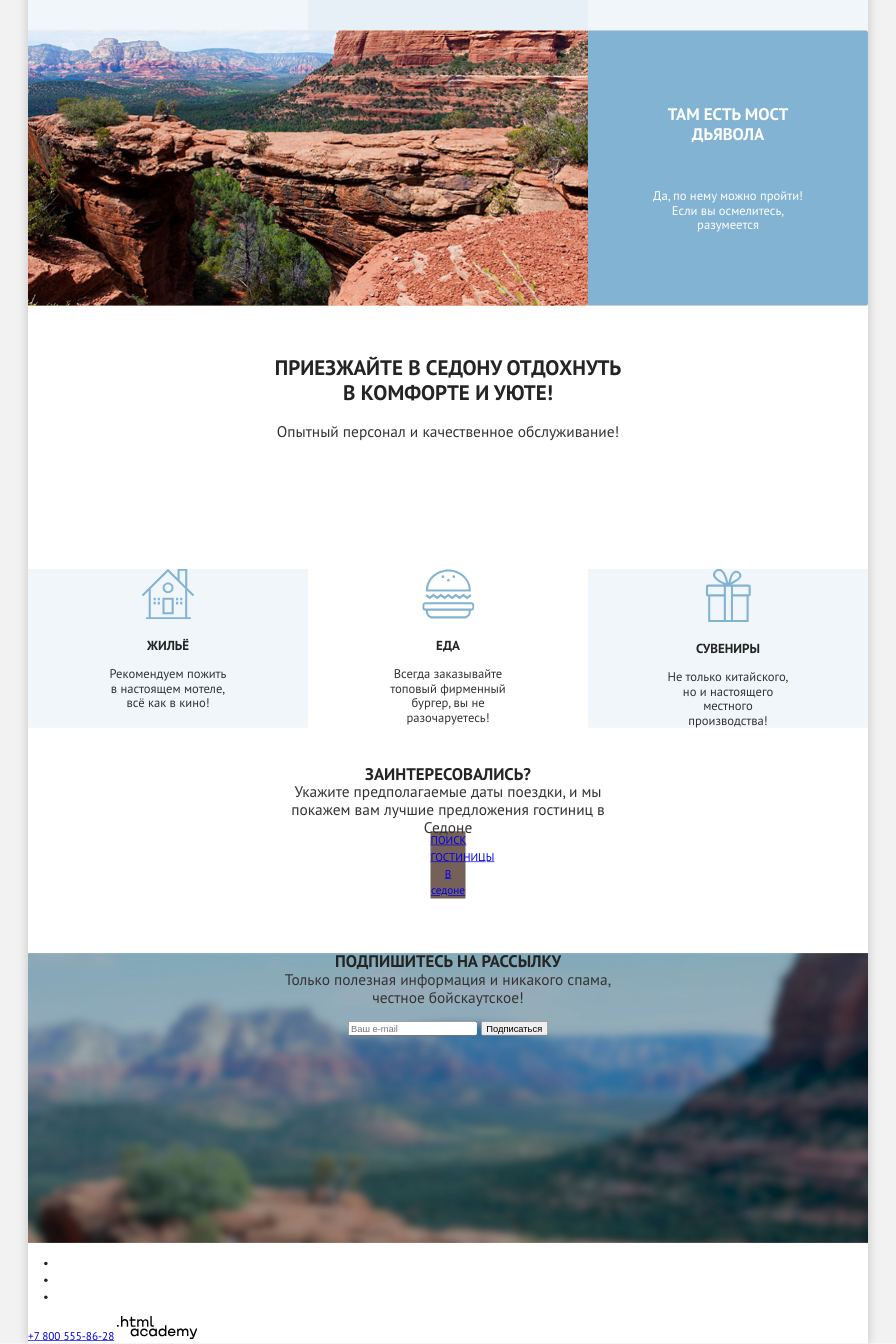
Repository: zakhgagne/2512253-sedona-1
Page: index.html
An editor plug-in stored every save of this project. The page is shown before and after the next save, followed by the edit.
The browser window is 1280 px wide. The pictures show the part of the page from y = 1551 to 3471 px (the page is 3471 px tall), at 70% of full size.

Above is the page before, as saved 2024-05-11 19:26:57.

### index.html
<!DOCTYPE html>
<html lang="ru">

  <head>
    <meta charset="utf-8">
    <title>Сайт города Седона</title>
    <link rel="stylesheet" href="styles/styles.css">
  </head>

  <body>
    <div class="container">
      <header class="header">
        <a class="logo-link" href="#">
          <img class="logo-image" src="./images/logo.svg" alt="Любимая Седона" width="" height="">
        </a>
        <nav class="navigation">
          <ul class="main-menu">
            <li class="menu-item">
              <a href="./index.html" class="menu-link">Главная</a>
            </li>
            <li class="menu-item">
              <a href="#" class="menu-link">О Седоне</a>
            </li>
            <li class="menu-item">
              <a href="./catalog.html" class="menu-link">Гостиницы</a>
            </li>
          </ul>
          <ul class="user-menu">
            <li class="user-menu-item">
              <a href="#" class="user-menu-link">
                <span class="visually-hidden">Поиск</span>
              </a>
            </li>
            <li class="user-menu-item">
              <a href="#" class="user-menu-link">
                <span class="visually-hidden">Избранное</span>
                <span class="like-number">12</span>
              </a>
            </li>
            <li class="user-menu-item">
              <a href="#" class="user-menu-link">Хочу сюда!</a>
            </li>
          </ul>
        </nav>
      </header>
      <main class="main-container">
        <h1 class="visually-hidden">Cайт города Седона</h1>
        <section class="welcome">
          <h2 class="visually-hidden">Приглашение</h2>
          <img src="./images/welcome.svg" class="welcome-image" width="" height="" alt="Welcome">
        </section>

        <section class="city">
          <h2 class="city-title">Седона — небольшой городок в Аризоне, заслуживающий большего!</h2>
          <p class="city-subtitle">Рассмотрим причины, по которым Седона круче, чем Гранд-Каньон!</p>

          <ul class="reason-list">
            <li class="reason-item reason-item-special">
              <div class="reason-container">
                <h3 class="reason-title">Настоящий городок</h3>
                <p class="reason-text">Седона — не аттракцион для туристов, там течёт своя жизнь</p>
              </div>
              <img src="./images/photo-1.jpg" class="reason-image" width="" height="">
            </li>
            <li class="reason-item">
              <div class="reason-container">
                <h3 class="reason-title">Небольшая площадь</h3>
                <p class="reason-text">Все достопримечательности находятся очень близко</p>
              </div>
            </li>
            <li class="reason-item">
              <div class="reason-container">
                <h3 class="reason-title">Красивая дорога</h3>
                <p class="reason-text">Ехать в Седону из Лас-Вегаса совсем не скучно!</p>
              </div>
            </li>
            <li class="reason-item">
              <div class="reason-container">
                <h3 class="reason-title">Мало туристов</h3>
                <p class="reason-text">Большинство едет в Гранд Каньон и толпится там</p>
              </div>
            </li>
            <li class="reason-item reason-item-special">
              <img src="./images/photo-2.jpg" class="reason-image" width="" height="">
              <div class="reason-container">
                <h3 class="reason-title">Там есть мост дьявола</h3>
                <p class="reason-text">Да, по нему можно пройти! Если вы осмелитесь, разумеется</p>
              </div>
            </li>
          </ul>
        </section>

        <section class="city-welcome">
          <h2 class="desription">Приезжайте в Седону отдохнуть в комфорте и уюте!</h2>
          <p class="simple-text">Опытный персонал и качественное обслуживание!</p>
          <div class="container-city-welcome">
            <ul class="comfort-list">
              <li class="comfort-item">
                <img src="./images/advantage-icon-home.svg" class="reason-image" width="" height="">
                <h3 class="comfort-title">Жильё</h3>
                <p class="comfort-text">Рекомендуем пожить в настоящем мотеле, всё как в кино!</p>
              </li>
              <li class="comfort-item">
                <img src="./images/advantage-icon-food.svg" class="reason-image" width="" height="">
                <h3 class="comfort-title">Еда</h3>
                <p class="comfort-text">Всегда заказывайте топовый фирменный бургер, вы не разочаруетесь!</p>
              </li>
              <li class="comfort-item">
                <img src="./images/advantage-icon-gift.svg" class="reason-image" width="" height="">
                <h3 class="comfort-title">Сувениры</h3>
                <p class="comfort-text">Не только китайского, но и настоящего местного производства!</p>
              </li>
            </ul>
          </div>
        </section>

        <section class="interest">
          <h2 class="desription">Заинтересовались?</h2>
          <p class="simple-text">Укажите предполагаемые даты поездки, и мы покажем вам лучшие предложения гостиниц в
            Седоне</p>
            <div class="container-button">
          <a href="#" class="button-search-motel">ПОИСК ГОСТИНИЦЫ В седоне</a>
          </div>
        </section>

      </main>

      <footer>
        <section class="news-letter">
          <h2 class="desription">Подпишитесь на рассылку</h2>
          <p class="simple-text">Только полезная информация и никакого спама, честное бойскаутское!</p>

          <form class="subscribe-form" action="https://echo.htmlacademy.ru/" method="post">
            <input class="field" placeholder="Ваш e-mail" type="email" name="distribution-email" required>
            <button class="subscribe-form-button" type="submit">Подписаться</button>
          </form>
        </section>
        <div class="footer-container">
          <section class="contacts">
            <h2 class="visually-hidden">Контакты</h2>
            <ul class="contact-list">
              <li class="contact-list-item">
                <a href="#" class="contact-list-link">
                  <p class="visually-hidden">Вконтакте</p>
                </a>
              </li>
              <li class="contact-list-item">
                <a href="#" class="contact-list-link">
                  <p class="visually-hidden">Телеграм</p>
                </a>
              </li>
              <li class="contact-list-item">
                <a href="#" class="contact-list-link">
                  <p class="visually-hidden">Ютуб</p>
                </a>
              </li>
            </ul>
            <a class="footer-contacts-address-phone" href="tel:+78005558628">+7 800 555-86-28</a>
            <a class="htmlacademy-link" href="https://htmlacademy.ru/">
              <img src="./images/logo-academy.svg" width="" height="" alt="Академия">
            </a>
          </section>
        </div>
      </footer>
    </div>
  </body>

</html>

### styles/styles.css
@font-face {
  font-family: "PT Sans";
  font-style: normal;
  font-weight: 400;
  src: url("../fonts/ptsans-400.woff2") format("woff2");
  font-display: swap;
}

@font-face {
  font-family: "PT Sans";
  font-style: normal;
  font-weight: 700;
  src: url("../fonts/ptsans-700.woff2") format("woff2");
  font-display: swap;
}


body {
  margin: 0;
  font-family: "PT Sans", "Arial", sans-serif;
  font-size: 16px;
  line-height: 24px;
  color: #242424;
  background-color: #f2f2f2;
}

.visually-hidden {
  display: none;
}

.container {
  width: 1200px;
  margin: 0 auto;
  background-color: #ffffff;
  box-shadow: 0 0 15px rgba(0, 0, 0, 0.2);
}

.header {
  background-color: #ffffff;
  position: relative;
  padding: 0 68px 0 238px;
}

.logo-link {
  position: absolute;
  top: 0;
  left: 70px;
}

.logo-image {}

.navigation {
  display: flex;
  justify-content: space-between;
}

.main-menu {
  padding: 0;
  margin: 0;
  list-style: none;
  display: flex;
  width: 500px;
  flex-wrap: wrap;
}

.menu-item {}

.menu-link {
  font-size: 20px;
  font-weight: 700;
  line-height: 24px;
  color: #000000;
  text-decoration: none;
  display: block;
  padding: 20px 16px;

}

.menu-item:nth-child(1) {
  /* background-color: red; */
}

.menu-item:nth-child(2) {
  /* background-color: blue; */
}

.menu-item:nth-child(3) {
  /* background-color: red; */
}

.user-menu {
  padding: 0;
  margin: 0;
  list-style: none;
  display: flex;
}

.welcome {
  background-color: #aec5d1;
  background-image: url("../images/white-crown.svg"), url("../images/index-background.jpg");
  background-repeat: no-repeat;
  background-position: center bottom, center top;
  background-size: 1200px 57px, cover;
  padding-top: 51px;
  padding-bottom: 82px;
  min-height: 352px;
}

.welcome-image {
  display: block;
  margin: 0 auto;
}

.city {
  text-align: center;
  padding-top: 70px;
}

.city-title {
  padding: 0;
  margin: 0 auto 24px;
  font-size: 30px;
  font-weight: 700;
  line-height: 36px;
  text-transform: uppercase;
  width: 750px;

}

.city-subtitle {
  padding: 1px;
  margin: 0 auto 87px;
  font-size: 22px;
  font-weight: 400;
  line-height: 26px;
  width: 750px;
}

.reason-list {
  display: flex;
  justify-content: space-between;
  text-align: center;
  padding: 0;
  margin: 0;
  list-style: none;
  flex-wrap: wrap;
}

.reason-item {
  display: flex;
  background-color: bisque;
}

.reason-container {
  width: 400px;
  padding-top: 106px;
  padding-bottom: 105px;
}

.reason-title {
  margin: 0 auto 63px;
  padding: 0;
  font-size: 24px;
  font-weight: 700;
  line-height: 28px;
  width: 175px;
  text-transform: uppercase;

}

.reason-text {
  padding: 0;
  margin: 0 auto;
  font-size: 18px;
  font-weight: 400;
  line-height: 21px;
  width: 231px;
}

.reason-item:nth-child(2n) {
  background-color: #f0f6fa;
}

.reason-item:nth-child(3n) {
  background-color: #e6f0f6;
}

.reason-item-special .reason-container {
  background-color: #82B3D3;
  border-radius: 0px 4px 4px 0px;
  color: #FFFFFF;

}

.comfort-list {
  display: flex;
  justify-content: space-between;
  text-align: center;
  padding: 0;
  margin: 0;
  list-style: none;
}

.comfort-item {
  width: 400px;
}
.comfort-item:nth-child(even) {
  background-color: #ffffff;
}
.comfort-item:nth-child(odd) {
  background-color: #f0f6fa;
}

.interest {
  text-align: center;
  margin: 54px auto;
  height: 214px;
  width: 592px;
}

.desription {
  padding: 0;
  margin: 0;
  text-transform: uppercase;
}

.footer-container {
  display: flex;
  margin: 0 auto;
}


.news-letter {
  background-image: url("../images/subscribe.jpg");
  background-repeat: no-repeat;
  min-height: 414px;
  text-align: center;

  /*width: 684px;*/
}

.city-welcome {
  text-align: center;
  padding-top: 70px;
}

.city-welcome .desription {
  padding: 0;
  margin: 0 auto 24px;
  font-size: 30px;
  font-weight: 700;
  line-height: 36px;
  text-transform: uppercase;
  width: 500px;
}

.simple-text {

  padding: 0;
  margin: 0 auto;
  width: 490px;
  height: 70px;

  /* Texts/Text basic */
  font-weight: 400;
  font-size: 22px;
  line-height: 26px;
  /* identical to box height, or 118% */
  /* Texts/second */
  color: #333333;
}

.container-city-welcome {

  text-align: center;
  padding-top: 140px;
}

.comfort-text {
  font-weight: 400;
  font-size: 18px;
  line-height: 21px;
  color: #333333;
  flex: none;
  order: 2;
  align-self: stretch;
  flex-grow: 0;
  width: 175px;
  margin: 0 auto;
  padding: 0;
}
.comfort-title {
text-transform: uppercase;
}

.container-button{
  width: 50px;
  height: 25;
  margin: 0 auto 0;
  padding: 0;
  padding-top: 10;
  background-color: #756157;
}

After the next save:
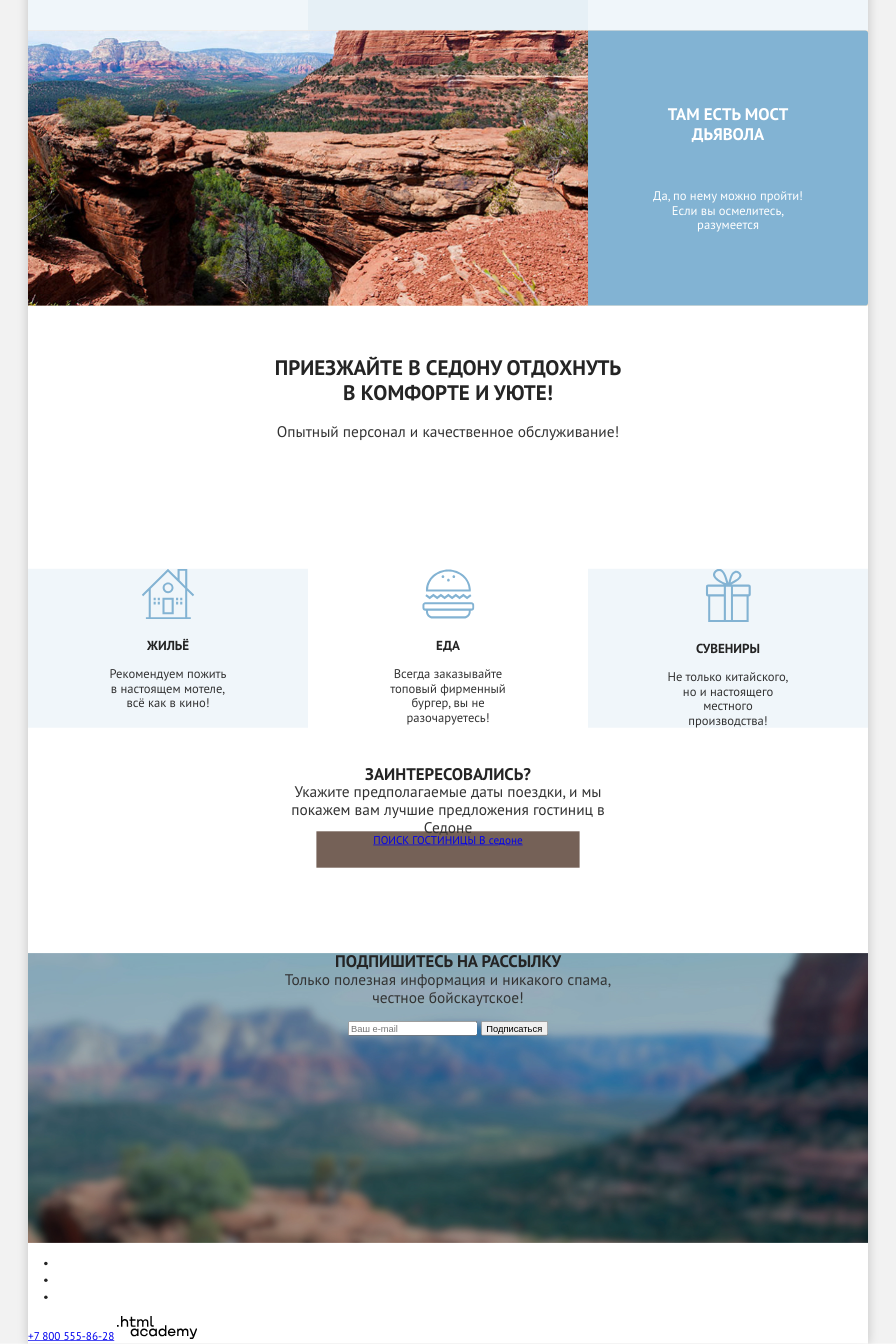
Saved 102 s later.
--- a/styles/styles.css
+++ b/styles/styles.css
@@ -293,9 +293,18 @@ body {
 text-transform: uppercase;
 }
 
-.container-button{
-  width: 50px;
-  height: 25;
+.container-button {
+  /* Кнопка */
+  width: 376px;
+  height: 52px;
+
+
+  /* Inside auto layout */
+  flex: none;
+  order: 1;
+  flex-grow: 0;
+
+
   margin: 0 auto 0;
   padding: 0;
   padding-top: 10;
